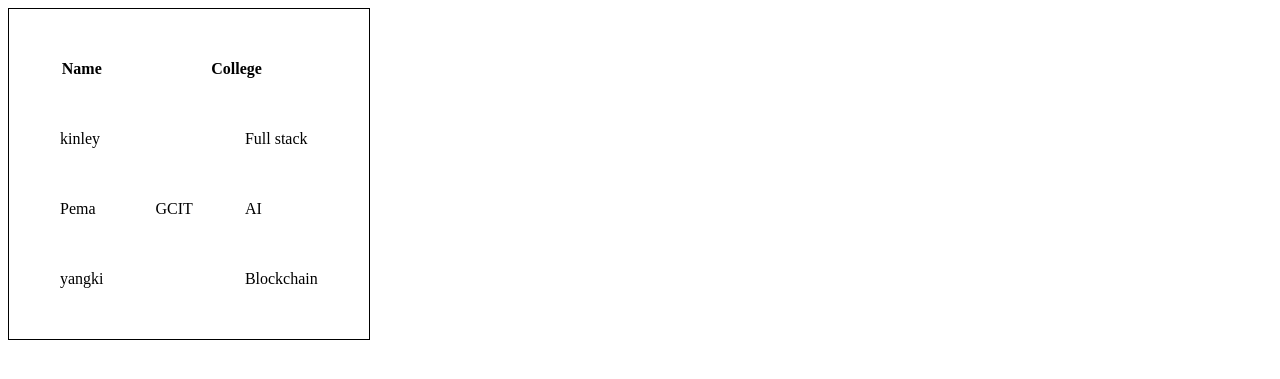
Repository: Pema-yangki/Css
Page: fed.html
The author's editor kept a copy of each file at every save. The page is drawn from the files as they stood at one save, then again after a run of saves.
The browser window is 1280 px wide. The pictures show the whole page.

Above is the page before, as saved 2024-03-15 14:33:25.

After the next 4 saves:
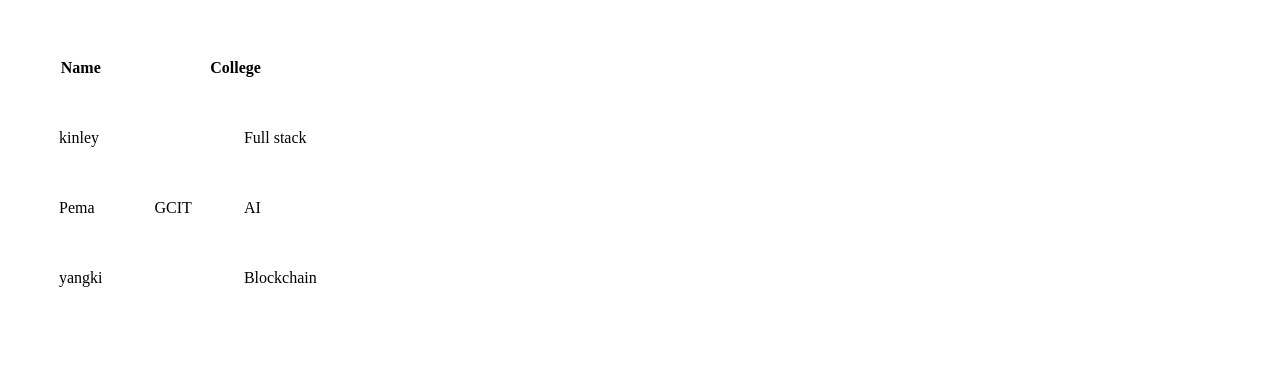
The 4 saves are shown as one change because they came seconds apart.
The last was saved 14 s later.
--- a/fed.html
+++ b/fed.html
@@ -22,7 +22,10 @@
             border-spacing: 50px;
         }
 
-        table, th, td{}
+        table, th, td{
+            border: 1px;
+
+        }
     </style>
 </head>
 <body>
